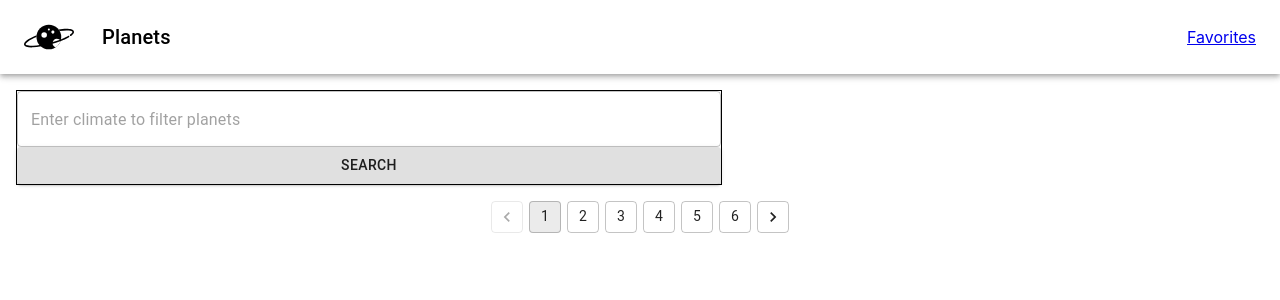
Repository: samridhie01/assignment
Page: /
An editor plug-in stored every save of this project. The page is shown before and after the next save, followed by the edit.
The browser window is 1280 px wide. The pictures show the whole page.
The page's requests for data from a server got no answer. The project was rebuilt for these pictures with package versions that can differ from the ones it lists, and the page was loaded fresh each time. A package was used in the major version that the imports need, not the one package.json lists. No one was signed in, and anything a server would have sent is missing. Also part of the build but not shown: src/components/planets/PlanetTile.tsx, src/components/planets/Planets.tsx, src/components/details/SpecificPlanetRetrievalService.ts, src/components/details/Details.tsx, src/components/favorites/Favorites.tsx.

Above is the page before, as saved 2020-08-21 18:52:05.

### src/index.tsx
import React from 'react';
import ReactDOM from 'react-dom';
import './index.css';
import App from './components/app/App';
import * as serviceWorker from './serviceWorker';
import { BrowserRouter } from 'react-router-dom';
import { Provider } from 'react-redux';
import rootReducer from './reducers';
import { createStore } from 'redux';
import store from "../src/store/index"
import { addPlanetData } from './actions';



ReactDOM.render(
  <React.StrictMode>

    <BrowserRouter>
    <Provider store={store}>
    <App />
    </Provider>
    </BrowserRouter>

  </React.StrictMode>,
  document.getElementById('root')
);

// If you want your app to work offline and load faster, you can change
// unregister() to register() below. Note this comes with some pitfalls.
// Learn more about service workers: https://bit.ly/CRA-PWA
serviceWorker.unregister();

### src/components/app/App.tsx
import React, { useEffect, useState } from "react";
import { Route, Switch } from "react-router-dom";
import HomePage from "../homePage/HomePage";
import Details from "../details/Details";
import Favorites from "../favorites/Favorites";
import { PlanetData } from "../module/types";

const App = () => {
  const [favs, setFavs] = useState<PlanetData[]>([]);

  const addToFavs = (data: any) => {
    if(favs.includes(data)){
      return;
    }
      let newArr = [...favs, data];
      setFavs(newArr);
  };

  return (
    <main>
      <Switch>
        <Route
          exact
          path="/"
          render={() => <HomePage handleAddToFavs={addToFavs} />}
        />
        <Route path="/details" component={Details} />
        <Route path="/favs" render={() => <Favorites listOfFavs={favs} />} />
      </Switch>
    </main>
  );
};
export default App;

### src/store/index.ts
import {createStore} from 'redux';
import rootReducer from '../reducers/index';

const store = createStore(rootReducer);

export default store;

### src/components/homePage/HomePage.tsx
import React, { useEffect, useState, ChangeEvent } from "react";
import { useStyles } from "./HomePageStyle";
import Header from "../header/Header";
import Planets from "../planets/Planets";
import SearchBox from "../searchBox/SearchBox";
import { getPlanetData, getPlanetDataPage } from "./PlanetRetrievalService";
import Pagination from "@material-ui/lab/Pagination";
import { PlanetData } from "../module/types";

interface PlanetOverview {
  handleAddToFavs: (element: any) => void;
}

const HomePage: React.FC<PlanetOverview> = ({ handleAddToFavs }) => {
  const [planetData, setPlanetData] = useState<PlanetData[]>([]);

  const handleNewPage = (page: number) => {
    getPlanetDataPage(page).then(res => {
      setPlanetData(res.data.results);
    });
  };

  const fetchData = () => {
    getPlanetData().then(res => {
      setPlanetData(res.data.results);
      localStorage.setItem("planetData", res.data.results);
    });
  };

  useEffect(() => {
    fetchData();
  }, []);

  const handlePageChange = (event: ChangeEvent<unknown>, value: number) => {
    handleNewPage(value);
  };

  const updatePlanetSearchResult = (key: string | null) => {

    if (key == "") {
      fetchData();
      return;
    }
    const newData = planetData.filter(data => {
      if (
        key == null ||
        data.climate.toLowerCase().includes(key.toLowerCase())
      ) {
        return data;
      }
    });
    setPlanetData(newData);
  };

  const classes = useStyles();
  if (localStorage.getItem("planetData") != null) {
  }

  return (
    <>
      <Header path="/favs" linkName={"Favorites"} />
      <div >
        <div>
        <SearchBox  handleSearch={updatePlanetSearchResult} />
        </div>
        <div >
          {planetData &&
            planetData.map((element: PlanetData, index: number) => {
              return (
                <Planets
                  data={element}
                  onSaveClick={() => {
                    handleAddToFavs(element);
                  }}

                />
              );
            })}
        </div>
      </div>

      <Pagination
        count={6}
        defaultPage={1}
        variant="outlined"
        shape="rounded"
        className={classes.indexing}
        onChange={handlePageChange}
      />
    </>
  );
};
export default HomePage;

### src/reducers/index.ts
import { ADD_PLANETDATA } from '../constants/action-types';
import { PlanetActionTypes, Planet, PlanetState } from '../store/types';

const initialState: PlanetState = {
    planetData: []
};

function rootReducer(state=initialState, action:PlanetActionTypes):PlanetState{
    if(action.type == ADD_PLANETDATA){
        return{
            planetData: [...state.planetData, action.payload]
        }
    }
    return state;
}

export default rootReducer;

### src/components/homePage/HomePageStyle.ts
import { makeStyles, createStyles, Theme } from "@material-ui/core/styles";

export const useStyles = makeStyles((theme: Theme) =>
  createStyles({
    flexContainer: {
      display: "inline-flex",
      flex: "1 0 50%",
      textAlign: "center",
      padding: "10px",
      overflow: "hidden"
    },
    item: {
      alignSelf: "flex-end",
    },
    stopShrink: {
      alignSelf: "flex-start"
    },
    indexing: {
      display: "flex",
      justifyContent: "center"
    },
    title: {
      flexGrow: 1
    }
  })
);

### src/components/header/Header.tsx
import React from "react";
import AppBar from "@material-ui/core/AppBar";
import {Toolbar, makeStyles, createStyles, IconButton, Button,Theme} from "@material-ui/core";
import {ReactComponent as PlanetIcon} from "../../assets/planet.svg";
import Typography from "@material-ui/core/Typography";
import { Link } from "react-router-dom";

const useStyles = makeStyles((theme: Theme) =>
  createStyles({
    root: {
      flexGrow: 1,
    },
    menuButton: {
      marginRight: theme.spacing(2),
    },
    title: {
      flexGrow: 1,
    },
    logo: {
       width: 50,
       height: 50
      },
  }),
);

interface HeaderProps{
  path: string,
  linkName: string
}

const Header:React.FC<HeaderProps> = ({
  path,
  linkName
})=>{
    const classes=useStyles();
return(
<AppBar color="inherit"  position="static">
    <Toolbar>
        <IconButton edge="start" className={classes.menuButton} color="inherit" aria-label="menu">
        <PlanetIcon className={classes.logo}/>
        </IconButton>
        <Typography variant="h6" className={classes.title}>
            Planets
        </Typography>
         <Link to={{pathname: `${path}`}} color="inherit">{linkName}</Link>
        {/* <Link to={{pathname: `${path}`}} color="inherit">{linkName}</Link> */}
    </Toolbar>
</AppBar>
)


}

export default Header;

### src/components/searchBox/SearchBox.tsx
import React, { useState, useEffect } from "react";
import {
  Button,
  Box,
  TextField,
  Theme,
  makeStyles,
  createStyles
} from "@material-ui/core";

const useStyles = makeStyles((theme: Theme) =>
  createStyles({
    dotted: {
      display: "flex",
      flexDirection: "column",
      width: "200%"
    },

  })
);

interface Search {
  handleSearch: (key: string|null) => void;
}

const SearchBox: React.FC<Search> = ({ handleSearch }) => {
  const [searchItem, setSearchItem] = useState<string|null>("");
  const handleSearchChange = (event: any) => {
    setSearchItem(event.target.value);

  };

  const classes = useStyles();
  return (
    <>
      <Box
        height="250%"
        border={1}
        m={2}
        display="inline-flex"
        flexDirection="column"
        width="55%"
      >
        <TextField
          variant="outlined"
          onChange={handleSearchChange}
          placeholder="Enter climate to filter planets"
          fullWidth={false}
        />
        <Button
          variant="contained"
          onClick={() => {
            handleSearch(searchItem);
          }}
          fullWidth={false}
        >
          Search
        </Button>
      </Box>
    </>
  );
};

export default SearchBox;

### src/components/homePage/PlanetRetrievalService.ts
import axios from "axios";

const currentVersion = "2";
let data = localStorage.getItem("data");
let version = localStorage.getItem("version");

export const getPlanetData = async () => {
  const res = await axios({
    method: "GET",
    url: `https://swapi.dev/api/planets`
  });
  return res;
};

export const getPlanetDataPage = async (page: number) => {
  const res = await axios({
    method: "GET",
    url: `http://swapi.dev/api/planets/?page=${page}`
  });
  return res;
};

### src/constants/action-types.ts
export const ADD_PLANETDATA="ADD_PLANETDATA"

Loaded but not shown: public/index.html (common file); src/index.css (common file); src/serviceWorker.ts (common file)

After the next save:
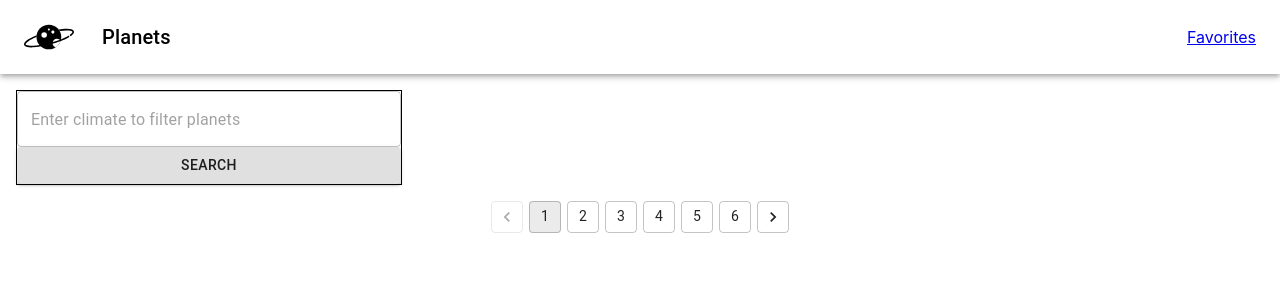
Saved 7 s later.
--- a/src/components/searchBox/SearchBox.tsx
+++ b/src/components/searchBox/SearchBox.tsx
@@ -39,7 +39,7 @@ const SearchBox: React.FC<Search> = ({ handleSearch }) => {
         m={2}
         display="inline-flex"
         flexDirection="column"
-        width="55%"
+        width="30%"
       >
         <TextField
           variant="outlined"
